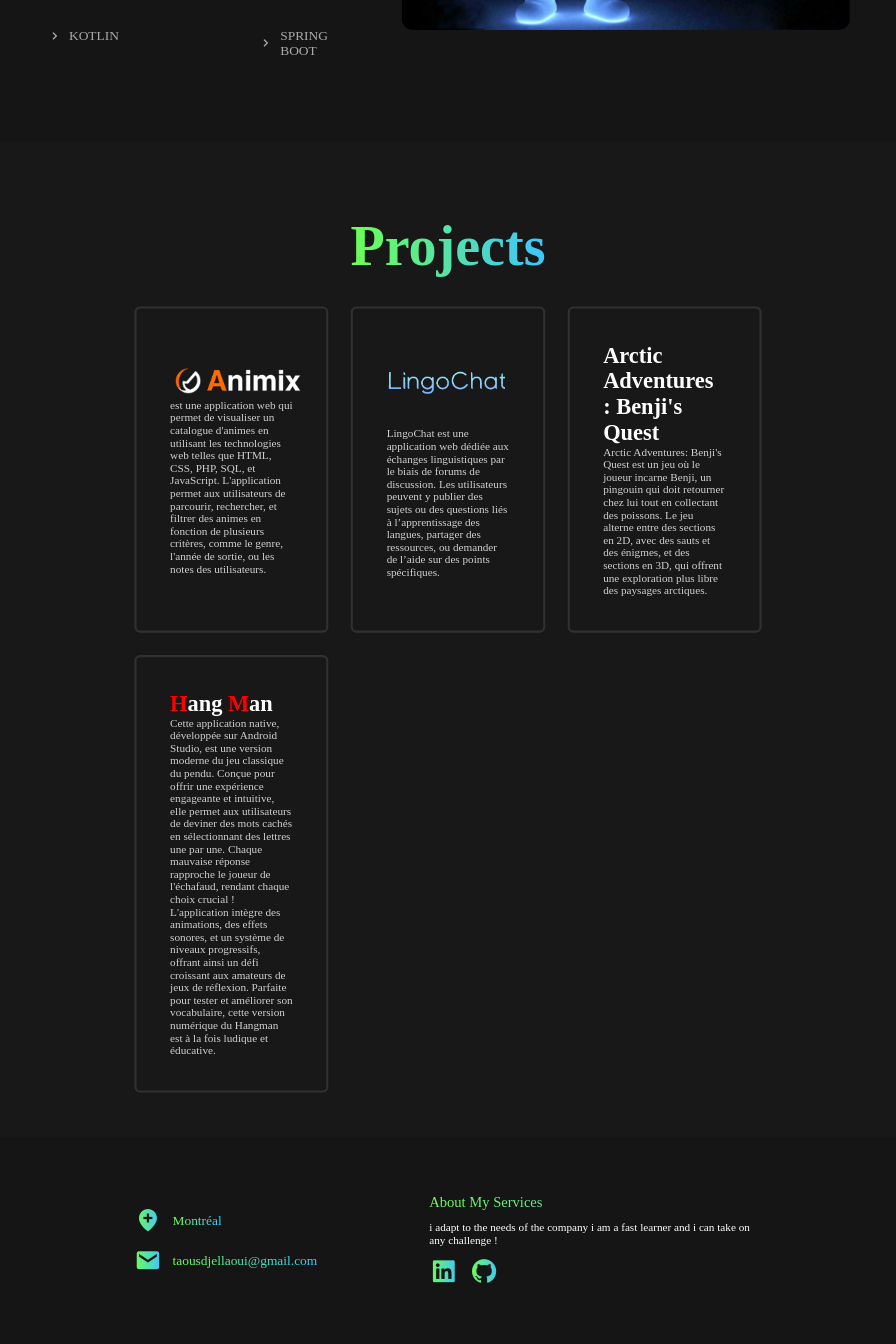
Repository: taousdjellaoui/portfolio-
Page: index.html
These files come from the project's save history. The page is drawn as it stood at one moment and after the next save; the edit follows.
The browser window is 1280 px wide. The pictures show the part of the page from y = 1237 to 3157 px (the page is 3157 px tall before and 2851 px after), at 70% of full size.

Above is the page before, as saved 2024-10-25 14:00:14.

### index.html
<!DOCTYPE html>
<html lang="en">
  <head>
    <meta charset="UTF-8" />
    <meta name="viewport" content="width=device-width, initial-scale=1.0" />
    <title>Portfolio Website</title>
    <link rel="stylesheet" href="css/style.css" />
    <link href='https://unpkg.com/boxicons@2.1.4/css/boxicons.min.css' rel='stylesheet'>
  </head>
  <body>
    <nav>
      <a href="#" class="logo"><span>Taous Djellaoui</span></a>
      <ul class="links">
        <a href="#home">Home</a>
        <a href="#about">About</a>
        <a href="#projects">Projects</a>

        <i class='bx bx-menu-alt-right' id="Menu"></i>
      </ul>
      <a href="#contact" class="btn">Contact Me</a>

    </nav>
    <section id="home">

      <div class="info-box">

        <h1><span>Hello I'm Taous !</span></h1>
        <h3><span>Web and mobile Development student</span> in montréal</h3>
        <p>i am looking to be an intern in web development or mobile development , i am a student
           at Cégep de Rosemont , and this is a simple  website i created using HTML, CSS and Javascript </p>
      </div>

    </section>

    <section id="about">
      <div class="about-box">
        <div class="about-info">
          <h1><span>About Me</span></h1>
          <p>very curious and always love to learn new things   </p>

        </div>
        <h2><span>Skills</span></h2>
        <div class="skills">
          <ul>
            <li>
              <p><i class='bx bx-chevron-right' ></i>HTML & CSS</p>
            </li>
            <li>
              <p><i class='bx bx-chevron-right' ></i>JAVA</p>
            </li>
            <li>
              <p><i class='bx bx-chevron-right' ></i>JAVASCRIPT</p>
            </li>
            <li>
              <p><i class='bx bx-chevron-right' ></i>KOTLIN</p>
            </li>
          </ul>
          <ul>
            <li>
              <p><i class='bx bx-chevron-right' ></i>REACT & ANGULAR</p>
            </li>
            <li>
              <p><i class='bx bx-chevron-right' ></i>ASP.Net</p>
            </li>
            <li>
              <p><i class='bx bx-chevron-right' ></i>MYSQL</p>
            </li>
            <li>
              <p><i class='bx bx-chevron-right' ></i>SPRING BOOT</p>
            </li>
          </ul>
        </div>

      </div>
      <img src="images/Computer-Science-Pictures.jpg" alt="">
    </section>
    <section id="projects">
      <h1 class="header"><span>Projects</span></h1>
      <div class="projects-container">
        <div class="box">
          <a href="https://github.com/taousdjellaoui/animix">
          <img src="images/logo-animix.png" alt="">
          <p>est une application web qui permet de visualiser un catalogue d'animes en utilisant les technologies web telles que HTML, CSS, PHP, SQL, et JavaScript. L'application permet aux utilisateurs de parcourir, rechercher, et filtrer des animes en fonction de plusieurs critères,
            comme le genre, l'année de sortie, ou les notes des utilisateurs.</p>
          </a>
        </div>
        <div class="box">
          <img src="images/logoLingoChat.png" alt="">

          <p>
            LingoChat est une application web dédiée aux échanges linguistiques par le biais de forums de discussion. Les utilisateurs peuvent y publier des sujets ou des questions liés à l’apprentissage des langues, partager
            des ressources, ou demander de l’aide sur des points spécifiques.</p>
        </div>
       <div class="box">
        <a href="https://taousdjellaoui.itch.io/arctic-adventures-benjis-quest">
          <h1>Arctic Adventures : Benji's Quest</h1>
          <p>Arctic Adventures: Benji's Quest est un jeu où le
            joueur incarne Benji, un pingouin qui doit retourner chez lui tout en
            collectant des poissons. Le jeu alterne entre des sections en 2D, avec des sauts et des
            énigmes, et des sections en 3D, qui offrent une exploration plus libre des paysages arctiques. </p>
          </a>
        </div>
        <div class="box">
          <a href="https://github.com/taousdjellaoui/animix">
            <h1 style="display: inline; color: red;">H</h1><h1 style="display: inline;">ang </h1><h1 style="display: inline; color: red;">M</h1><h1 style="display: inline;">an</h1>

            <p>
              Cette application native, développée sur Android Studio, est une version moderne du jeu classique du pendu. Conçue pour offrir une expérience engageante et intuitive, elle permet aux utilisateurs de deviner des mots cachés en sélectionnant des lettres une par une. Chaque mauvaise réponse rapproche le joueur de l'échafaud, rendant chaque choix crucial ! L'application intègre des animations, des effets sonores, et un système de niveaux progressifs, offrant ainsi un défi croissant aux amateurs de jeux de réflexion. Parfaite pour tester et améliorer son vocabulaire, cette version numérique du Hangman est à la fois ludique et éducative.
          </p>

          </a>
        </div>
      </div>
    </section>
    <footer id="contact">
      <div class="col-left">
        <div class="col-box">
          <span><i class='bx bxs-location-plus' ></i></span>
          <span>Montréal</span>
        </div>
        <div class="col-box">
          <span><i class='bx bxs-envelope' ></i></span>
          <span>taousdjellaoui@gmail.com</span>
        </div>
      </div>
      <div class="col-right">
        <span>About My Services</span>
        <p> i adapt to the needs of the company i am a fast learner and i can take on any challenge !</p>
        <div class="social-icons">
          <span><a href="https://www.linkedin.com/in/taous-djellaoui-2874a1187/"><i class='bx bxl-linkedin-square' ></i></a></span>
          <span><a href="https://github.com/taousdjellaoui"><i class='bx bxl-github' ></i></a></span>
        </div>

      </div>
    </footer>

    <script src="script.js"></script>
  </body>
</html>

### css/style.css
* {
  margin: 0;
  padding: 0;
  box-sizing: border-box;
  text-decoration: none;
  list-style: none;
  scroll-behavior: smooth;
  font-family: "Poppins";
}
:root {
  --background: rgb(24, 24, 24);
  --second-background: rgb(21, 21, 21);
}
body{
  min-height: 100vh;
  background-color: var(--background);
}
nav{
position:fixed;
top:0;
width: 100%;
padding: 2em 15%;
display: flex;
align-items: center;
justify-content: space-between;
background-color:rgba(15,15,15,0.8);
backdrop-filter: blur(10px);
z-index: 1000;
}
ul{
  display:flex;
  align-items: center;
  gap: 3em;

}
nav ul a{
  color: white;
  opacity: 0.7;
  transition:0.2s ease-in-out;
}
nav ul a:hover{
  opacity: 1;

}
.logo{
  font-size:2em;
  color: white;
  font-weight: 800;
  opacity: 0.8;
  transition: 0.2s ease-in-out;

}
.logo:hover{
  opacity: 1;
}
.btn{
  padding : 0.5em 1em;
  color : white;
  font-weight: 500;
  letter-spacing:1px ;
  border-radius: 0.5em;
  font-size: 1.1em;
  border: 2px solid white;
  cursor: pointer;
  transition: 0.3s ease-in-out;

}
.btn:hover{
  background-color: white;
  color: var(--background);

}
span{
  background: linear-gradient(to right,#6cff52,#3ec5ff);
  background-clip: text;
  color:transparent;
}
#menu{
  color:white;
  font-size:3em;
  display:none;
}
section{
  min-height: 100vh;
  padding: 5% 15%;
}
#home{
display: flex;
flex-direction: column;
align-items:center;
justify-content: center;
gap:2em;
color:white;

}
#home img{
width:30vw;
border-radius: 1%;
margin-top: 3em;

}
.info-box{
  display: flex;
  flex-direction: column;
  text-align: center;
  gap: 0.5em;
  max-width: 500px;

}
.info-box h1{
  font-size:4em;
  font-weight: 500;
}
.info-box h3{
  font-size:2em;
  font-weight: 400;
}
.info-box p{
 opacity:0.7;
}
.btn-box{
  display: flex;
  gap: 1em;
}
.btn-box .btn:nth-of-type(2){
  background-color:white;
  color: var(--background)
}
.btn-box .btn:nth-of-type(2):hover{
  background-color: var(--background);
  color:white;

}
::-webkit-scrollbar{
  width: 20px;
  background-color: var(--background);
}
::-webkit-scrollbar-thumb{
  background: linear-gradient(to bottom,#788077,#a8b2b7);

}
#about{
  background-color: var(--second-background);
  display: flex;
  align-items:center;
  justify-content: center;
  gap: 5em;

}
#about img{
  width: 50vw;
  border-radius:1em;

}
.about-box{
  display:flex;
  flex-direction: column;
  text-align: left;
  gap: 2em;
}
.about-box h1{
  font-size: 4em;
}
.about-box p{
color:white;
opacity:0.8;
}
.skills{
  display:flex;
  text-align: left;
  gap: 10em;

}
.skills ul{
  font-size: 1em;
  font-weight: 500;
  display:flex;
  flex-direction: column;
  color:white;
  opacity:0.8;
  align-items: baseline;
}
.skills ul li p{
  color: white ;
  display: flex;
  align-items:center;
  gap : 0.5em;
   font-size: 1.2em;
   transition:0.3s ease-in-out;
}
.skills ul li p:hover{
  transform: translateX(10px);
}
.skills ul li i{
 font-size:1.2em;

}
.about-box h2{
  font-size: 2.5em;
}
#projects{
  background-color: var(--background);
}
.header{
  text-align: center;
  font-size: 5em;
  margin:0.5em 0;
}
.projects-container{
  display:grid;
  grid-template-columns: repeat(auto-fit,minmax(250px,1fr));
  gap:2em;
}
.box{
  border:3px solid rgb(49, 49, 49);
border-radius: 0.5em;
display: flex;
flex-direction: column;
justify-content: center;
overflow: hidden;
object-fit: cover;
padding:3em ;
gap: 2em;
color:white;
cursor:pointer;
transition:0.3s ease-in-out;
}
.box:hover{
  border: 3px solid rgb(100,100,100);
}
.box p{
  opacity:0.8;
}
.box h1{
  font-size: 2em;
}
.box img{
 min-width:25px;
 border-radius:0.5em;
}
footer{
  display: flex;
  align-items:center;
  justify-content: center;
  gap:10em;
  bottom:0;
  background-color: var(--second-background);
  width:100%;
  padding: 5em 15%;
}
.col-left{
  display:flex;
  flex-direction:column;
  gap : 1em;
}
.col-box{
  display: flex;
  align-items:center;
  gap : 1em;
}
.col-box i{
  font-size: 2em;
}
.col-box span{
  font-size: 1.2em;
}
.col-right{
  display:flex;
  flex-direction: column;
  gap:1em;
  color:white;
  max-width:500px;
}
.col-right span{
  font-size: 1.3em;
}
.col-right .social-icons{
  display:flex;
  align-items:baseline;
  justify-content: left;
  gap: 1em;
}
.col-right .social-icons i{
  font-size :2em;
  transition: 0.2s ease-in-out;
  cursor: pointer;
}
.social-icons i:hover{
  color:white;
}
a {
  color: inherit;
}

Loaded but not shown: script.js (no stored copy; drawn as an empty file)

After the next save:
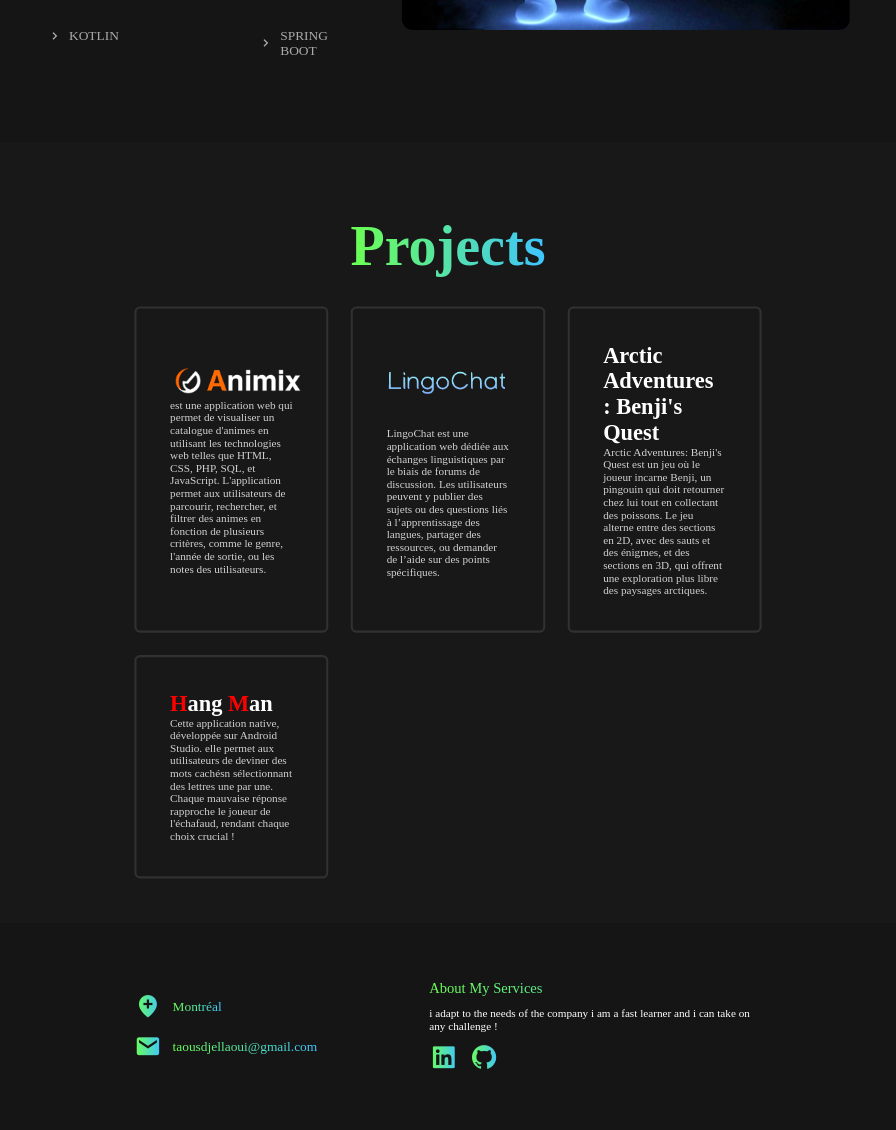
Saved 2 min 13 s later.
--- a/index.html
+++ b/index.html
@@ -105,7 +105,7 @@
             <h1 style="display: inline; color: red;">H</h1><h1 style="display: inline;">ang </h1><h1 style="display: inline; color: red;">M</h1><h1 style="display: inline;">an</h1>
 
             <p>
-              Cette application native, développée sur Android Studio, est une version moderne du jeu classique du pendu. Conçue pour offrir une expérience engageante et intuitive, elle permet aux utilisateurs de deviner des mots cachés en sélectionnant des lettres une par une. Chaque mauvaise réponse rapproche le joueur de l'échafaud, rendant chaque choix crucial ! L'application intègre des animations, des effets sonores, et un système de niveaux progressifs, offrant ainsi un défi croissant aux amateurs de jeux de réflexion. Parfaite pour tester et améliorer son vocabulaire, cette version numérique du Hangman est à la fois ludique et éducative.
+              Cette application native, développée sur Android Studio. elle permet aux utilisateurs de deviner des mots cachésn sélectionnant des lettres une par une. Chaque mauvaise réponse rapproche le joueur de l'échafaud, rendant chaque choix crucial !
           </p>
 
           </a>
